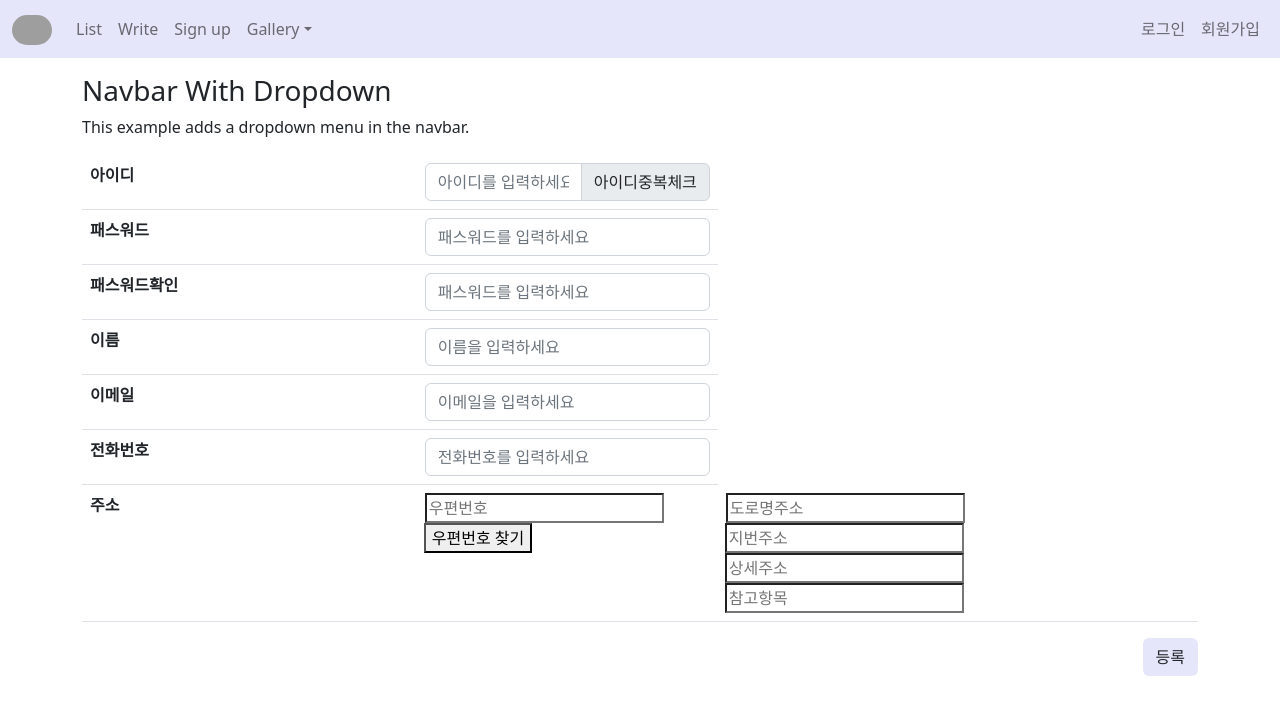
Repository: kwakhimoly/ws_backup
Page: http://localhost/myapp3/WEB-INF/views/member/member_write.jsp
These files come from the project's save history. The page is drawn as it stood at one moment and after the next save; the edit follows.
The browser window is 1280 px wide. The pictures show the whole page.
Pictures or frames that could not be fetched are drawn as grey boxes. The page is served by Tomcat 9. Nobody is signed in. Other server files are loaded and not shown. The template is opened directly, without the code that normally fills it, so the values that code supplies are empty.

Above is the page before, as saved 2023-02-13 06:15:53.

### spws/myapp3/src/main/webapp/WEB-INF/views/member/member_write.jsp
<%@ page language="java" contentType="text/html; charset=UTF-8"
	pageEncoding="UTF-8"%>
<!DOCTYPE html>
<html>
<head>
<meta charset="UTF-8">
<title>Insert title here</title>
<meta name="viewport" content="width=device-width, initial-scale=1">
<link
	href="https://cdn.jsdelivr.net/npm/bootstrap@5.2.3/dist/css/bootstrap.min.css"
	rel="stylesheet">
<script src="https://cdn.jsdelivr.net/npm/bootstrap@5.2.3/dist/js/bootstrap.bundle.min.js"></script>
<script src="https://ajax.googleapis.com/ajax/libs/jquery/3.6.1/jquery.min.js"></script>
<script src="//t1.daumcdn.net/mapjsapi/bundle/postcode/prod/postcode.v2.js"></script>
</head>
<body>
	<form name="myform" id="myform">
		<input type="hidden" name="idcheck" id="idcheck" value="N">
		<!-- 메뉴 -->
		<%@ include file="../include/navbar.jsp"%>



		<div class="container mt-3">
			<h3>Navbar With Dropdown</h3>
			<p>This example adds a dropdown menu in the navbar.</p>


			<table class="table">
				<colgroup>
					<col width="30%">
					<col width="*">
				</colgroup>
				<tbody>
					<tr>
						<th>아이디</th>
						<td>
							<div class="input-group">
								<input type="text" class="form-control" placeholder="아이디를 입력하세요"
									name="user_id" id="user_id"> <button type="button"
									class="input-group-text" onclick="goIdcheck()">아이디중복체크</button>
							</div>
						</td>
					</tr>
					<tr>
						<th>패스워드</th>
						<td>
							<div class="input-group">
								<input type="password" class="form-control"
									placeholder="패스워드를 입력하세요" name="password" id="password">
							</div>
						</td>
					</tr>
					<tr>
						<th>패스워드확인</th>
						<td>
							<div class="input-group">
								<input type="password" class="form-control"
									placeholder="패스워드를 입력하세요" name="password2" id="password2">
							</div>
						</td>
					</tr>
					<tr>
						<th>이름</th>
						<td>
							<div class="input-group">
								<input type="text" class="form-control" placeholder="이름을 입력하세요"
									name="user_name" id="user_name">
							</div>
						</td>
					</tr>
					<tr>
						<th>이메일</th>
						<td>
							<div class="input-group">
								<input type="email" class="form-control" placeholder="이메일을 입력하세요"
									name="email" id="email">
							</div>
						</td>
					</tr>
					<tr>
						<th>전화번호</th>
						<td>
							<div class="input-group">
								<input type="tel" class="form-control" placeholder="전화번호를 입력하세요"
									name="phone" id="phone">
							</div>
						</td>
					</tr>
					<tr>
						<th>주소</th>
						<td>
					<div class="input-group">
						<input type="text" id="sample4_postcode" placeholder="우편번호">
						<input type="button" onclick="sample4_execDaumPostcode()" value="우편번호 찾기"><br>
					</div>
						</td>
						<td>
					<div class="input-group">
						<input type="text" id="sample4_roadAddress" placeholder="도로명주소">
						<input type="text" id="sample4_jibunAddress" placeholder="지번주소">
						<span id="guide" style="color:#999;display:none"></span>
						<input type="text" id="sample4_detailAddress" placeholder="상세주소">
						<input type="text" id="sample4_extraAddress" placeholder="참고항목">
					</div>
						</td>
					</tr>
				</tbody>
			</table>
		</div>

		</div>

		<div class="container" style="text-align: right">
			<button type="button" class="btn" style="background-color: lavender" onclick="goSave()">등록</button>
		</div>
	</form>
</body>


<script>
    //본 예제에서는 도로명 주소 표기 방식에 대한 법령에 따라, 내려오는 데이터를 조합하여 올바른 주소를 구성하는 방법을 설명합니다.
    function sample4_execDaumPostcode() {
        new daum.Postcode({
            oncomplete: function(data) {
                // 팝업에서 검색결과 항목을 클릭했을때 실행할 코드를 작성하는 부분.

                // 도로명 주소의 노출 규칙에 따라 주소를 표시한다.
                // 내려오는 변수가 값이 없는 경우엔 공백('')값을 가지므로, 이를 참고하여 분기 한다.
                var roadAddr = data.roadAddress; // 도로명 주소 변수
                var extraRoadAddr = ''; // 참고 항목 변수

                // 법정동명이 있을 경우 추가한다. (법정리는 제외)
                // 법정동의 경우 마지막 문자가 "동/로/가"로 끝난다.
                if(data.bname !== '' && /[동|로|가]$/g.test(data.bname)){
                    extraRoadAddr += data.bname;
                }
                // 건물명이 있고, 공동주택일 경우 추가한다.
                if(data.buildingName !== '' && data.apartment === 'Y'){
                   extraRoadAddr += (extraRoadAddr !== '' ? ', ' + data.buildingName : data.buildingName);
                }
                // 표시할 참고항목이 있을 경우, 괄호까지 추가한 최종 문자열을 만든다.
                if(extraRoadAddr !== ''){
                    extraRoadAddr = ' (' + extraRoadAddr + ')';
                }

                // 우편번호와 주소 정보를 해당 필드에 넣는다.
                document.getElementById('sample4_postcode').value = data.zonecode;
                document.getElementById("sample4_roadAddress").value = roadAddr;
                document.getElementById("sample4_jibunAddress").value = data.jibunAddress;

                // 참고항목 문자열이 있을 경우 해당 필드에 넣는다.
                if(roadAddr !== ''){
                    document.getElementById("sample4_extraAddress").value = extraRoadAddr;
                } else {
                    document.getElementById("sample4_extraAddress").value = '';
                }

                var guideTextBox = document.getElementById("guide");
                // 사용자가 '선택 안함'을 클릭한 경우, 예상 주소라는 표시를 해준다.
                if(data.autoRoadAddress) {
                    var expRoadAddr = data.autoRoadAddress + extraRoadAddr;
                    guideTextBox.innerHTML = '(예상 도로명 주소 : ' + expRoadAddr + ')';
                    guideTextBox.style.display = 'block';

                } else if(data.autoJibunAddress) {
                    var expJibunAddr = data.autoJibunAddress;
                    guideTextBox.innerHTML = '(예상 지번 주소 : ' + expJibunAddr + ')';
                    guideTextBox.style.display = 'block';
                } else {
                    guideTextBox.innerHTML = '';
                    guideTextBox.style.display = 'none';
                }
            }
        }).open();
    }

function goSave() {
	if($("#idcheck").val()=="N"){
		alert("아이디 중복체크를 하세요");
		$("#user_id").focus();
		return;
	}
	var frm = document.myform;
	frm.action="<%=request.getContextPath()%>/member/save";
//	$("#user_id").prop("disabled", false);
//		-> disabled 쓰고 싶은데 폼 전송으로 값 전달도 해야 하면 submit 전에 disabled 해제
	frm.submit();
}
function goIdcheck(){
	let user_id = $("#user_id").val().trim();

	if(user_id==""){
		alert("아이디를 입력하세요");
		$("#user_id").focus();
		return;
	}

	$.ajax({
		url:"<%=request.getContextPath()%>/member/idcheck",
		data: {"user_id":user_id},
		method: "POST",
		dataType: "JSON"
	})
	.done(function (response){
		if(response.result=="success"){
			$("#idcheck").val("Y");
			$("#user_id").prop("readonly", true);
			/*
			prop("disabled",true)로 하면 파라미터 값이 안 넘어감
			readonly : input type="text" 에만 가능. 사용자는 value 값을 변경할 수 없음.
			disabled : 모든 input 객체에 대하여 비활성화 처리 가능. Form 전송시 해당 객체는 전송이 안됨.
			*/
			alert("사용가능한 아이디입니다.");
		} else{
			alert("이미 사용중인 아이디입니다.");
		}
	})
	.fail(function (response, status, error){
		console.log(error);
	});
}
</script>
</html>

### spws/myapp3/src/main/webapp/WEB-INF/views/include/navbar.jsp
<%@ page language="java" contentType="text/html; charset=UTF-8"
	pageEncoding="UTF-8"%>
<!-- 메뉴 -->
<meta charset="UTF-8">
<!-- 한글 깨짐 방지 -->
<%
// 공통변수 CONTEXT 만들어 놓고 갖다 쓰기
String CONTEXT = request.getContextPath();
%>


<nav class="navbar navbar-expand-sm navbar-light" style="background-color: lavender">
	<div class="container-fluid">
		<a class="navbar-brand" href="<%=CONTEXT%>"> <img
			src="https://imjustcreative.com/wp-content/uploads/2015/11/Screenshot-2019-11-23-17.32.44.jpg" alt="Avatar Logo"
			style="width: 40px;" class="rounded-pill">
		</a>

		<button class="navbar-toggler" type="button" data-bs-toggle="collapse"
			data-bs-target="#collapsibleNavbar">
			<span class="navbar-toggler-icon"></span>
		</button>
		<div class="collapse navbar-collapse" id="collapsibleNavbar">
			<ul class="navbar-nav">
				<li class="nav-item"><a class="nav-link"
					href="<%=CONTEXT%>/board/list?pg=0">List</a></li>
				<li class="nav-item"><a class="nav-link"
					href="<%=CONTEXT%>/board/write">Write</a></li>
				<li class="nav-item"><a class="nav-link"
					href="<%=CONTEXT%>/member/write">Sign up</a></li>
				<li class="nav-item dropdown"><a
					class="nav-link dropdown-toggle" href="#" role="button"
					data-bs-toggle="dropdown">Gallery</a>
					<ul class="dropdown-menu">
						<li><a class="dropdown-item" href="<%=CONTEXT%>/gallery/list">Gallery list</a></li>
						<li><a class="dropdown-item" href="<%=CONTEXT%>/gallery/write">Gallery write</a></li>
						<li><a class="dropdown-item" href="#">A third link</a></li>
					</ul></li>
			</ul>
		</div>
		<%if(session.getAttribute("user_id")==null||session.getAttribute("user_id").equals("")) {%>
			<ul class="navbar-nav justify-content-end">
				<li class="nav-item">
				<a class="nav-link" href="<%=CONTEXT%>/member/login">로그인</a>
				</li>
				<li class="nav-item">
				<a class="nav-link" href="<%=CONTEXT%>/member/write">회원가입</a>
				</li>
			</ul>
		<%} else {%>
			<ul class="navbar-nav justify-content-end">
				<li class="nav-item">
				<a class="nav-link" href="#none"><%=session.getAttribute("user_name") %></a>
				</li>
				<li class="nav-item">
				<a class="nav-link" href="#none" onclick="goLogout()">로그아웃</a>
				</li>
			</ul>
		<%} %>
	</div>
</nav>
<script type="text/javascript">
function goLogout() {
	$.ajax({
		url:"<%=request.getContextPath()%>/member/logout",
		method:"POST",
		dataType:"JSON"
	})
	.done(function (response){
		alert(response.message);
		if(response.result=="success"){
			location.href="<%=request.getContextPath()%>/";
		}
	})
	.fail((response, status, error)=>{
		console.log(error);
	});
}

</script>

After the next save:
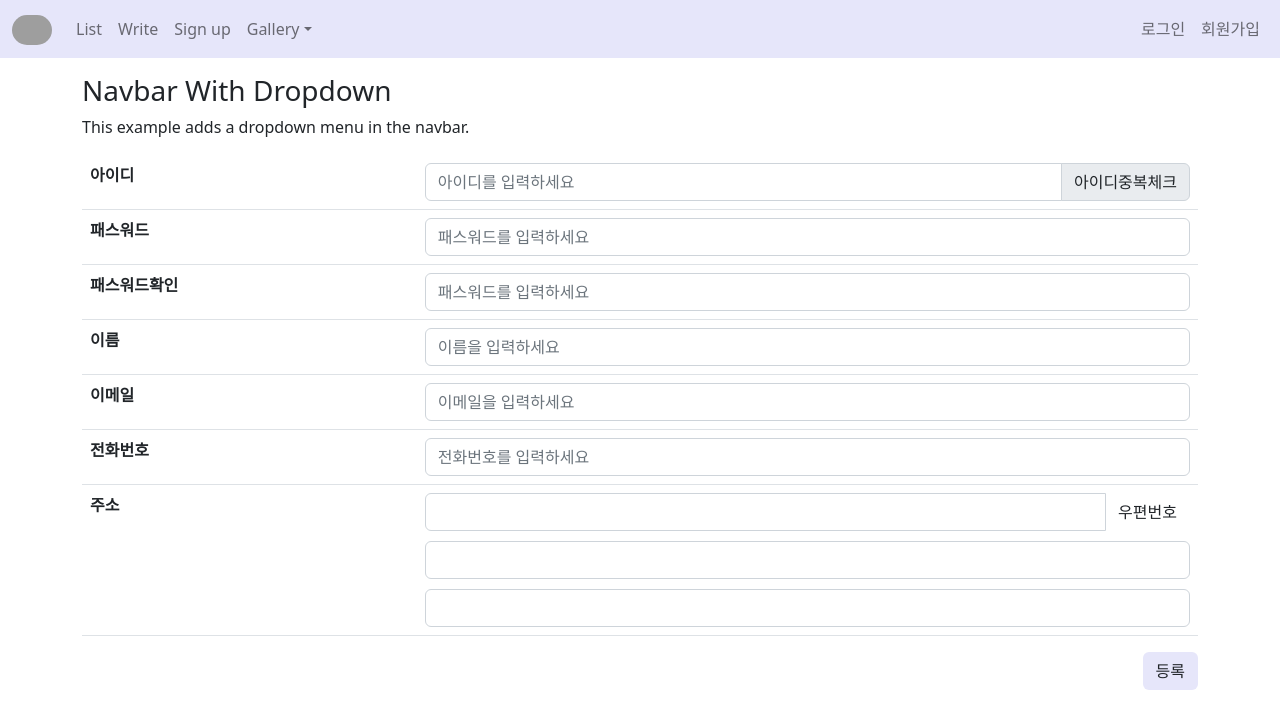
Saved 55 s later.
--- a/spws/myapp3/src/main/webapp/WEB-INF/views/member/member_write.jsp
+++ b/spws/myapp3/src/main/webapp/WEB-INF/views/member/member_write.jsp
@@ -87,24 +87,30 @@
 							</div>
 						</td>
 					</tr>
-					<tr>
-						<th>주소</th>
-						<td>
-					<div class="input-group">
-						<input type="text" id="sample4_postcode" placeholder="우편번호">
-						<input type="button" onclick="sample4_execDaumPostcode()" value="우편번호 찾기"><br>
-					</div>
-						</td>
-						<td>
-					<div class="input-group">
-						<input type="text" id="sample4_roadAddress" placeholder="도로명주소">
-						<input type="text" id="sample4_jibunAddress" placeholder="지번주소">
-						<span id="guide" style="color:#999;display:none"></span>
-						<input type="text" id="sample4_detailAddress" placeholder="상세주소">
-						<input type="text" id="sample4_extraAddress" placeholder="참고항목">
-					</div>
-						</td>
-					</tr>
+        <tr>
+        <th>주소</td>
+        <td>
+        	 <div class="input-group">
+			    <input type="tel" class="form-control"
+			    placeholder=""
+			    name="tel" id="tel"
+			    style="width:200px">
+			    <button class="btn btnp-primary">우편번호 </button>
+			 </div>
+			 <div class="input-group" style="margin-top:10px">
+			    <input type="tel" class="form-control"
+			    placeholder=""
+			    name="tel" id="tel"
+			    style="width:200px">
+			 </div>
+			 <div class="input-group" style="margin-top:10px">
+			    <input type="tel" class="form-control"
+			    placeholder=""
+			    name="tel" id="tel"
+			    style="width:200px">
+			 </div>
+        </td>
+      </tr>
 				</tbody>
 			</table>
 		</div>
